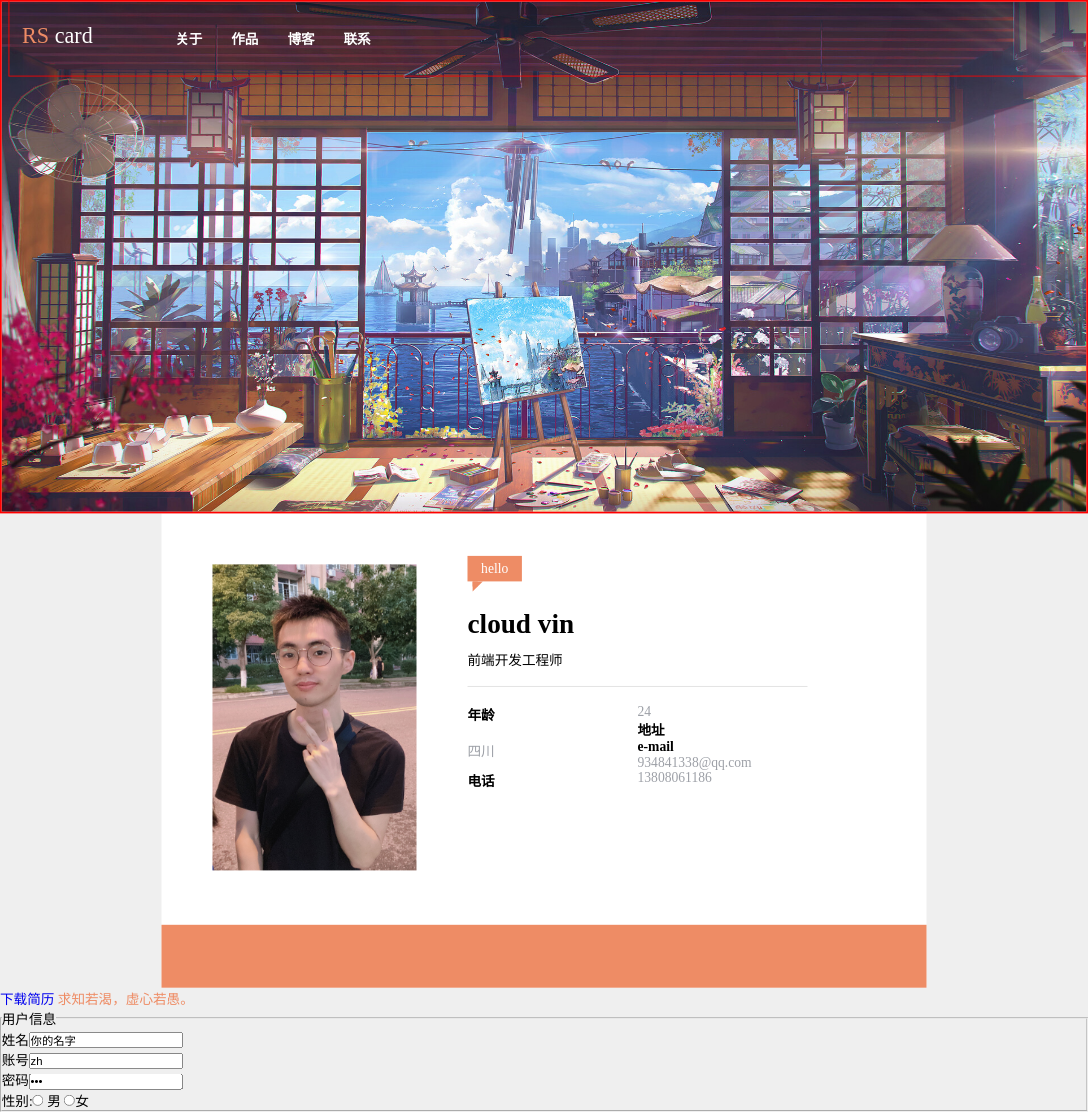
Repository: CloudVin/MyResume
Page: resume.html
An editor plug-in stored every save of this project. The page is shown before and after the next save, followed by the edit.
The browser window is 1280 px wide. The pictures show the whole page, at 85% of full size.

Above is the page before, as saved 2020-07-05 18:41:20.

### resume.html
<!DOCTYPE html>
<html lang="en">

<head>
    <meta charset="UTF-8">
    <meta name="viewport" content="width=device-width, initial-scale=1.0">
    <title>my resume</title>
    <link rel="stylesheet" href="./style/a.css">
    <script>
        function uncheck() {
            var radio = document.getElementById("nan");
            if (radio.tag == 1) {
                radio.checked = false;
                radio.tag = 0;
            } else {
                radio.checked = true;
                radio.tag = 1;
            }
        }
    </script>
    <script src="http://at.alicdn.com/t/font_1923572_6s8jjadjos.js"></script>
    <style type="text/css">
        .icon {
            width: 1em;
            height: 1em;
            vertical-align: -0.15em;
            fill: currentColor;
            overflow: hidden;
        }
    </style>
</head>

<body>
    <div class="topNavBar clearfix">

        <a class="logo" href="#" alt="logo" style="float:left;">
            <span class="rs">RS</span>
            <span class="card">card</span>
        </a>

            <nav style="float: left;">

                <ul class="clearfix">
                    <li><a href="#">关于</a>
                    </li>
                    <li><a href="#">作品</a>
                    </li>
                    <li><a href="#">博客</a>
                    </li>
                    <li><a href="#">联系</a>
                    </li>
                </ul>
            </nav>


    </div>
    <div class="banner">
        <div class="mask"></div>
    </div>
    <main>
        <div class="userCard">
            <div class="pictureAndText clearfix">
                <div class="picture">
                    <img class="avatar" src="./img/avatar.jpg" alt="头像">
                </div>
                <div class="text">
                    <div class="profile">
                        <span class="welcome">hello</span>
                        <div class="triangle"></div>
                        <h1>cloud vin</h1>
                        <p>前端开发工程师</p>
                        <hr />
                        <dl>
                            <dt>年龄</dt>
                            <dd>24</dd>
                            <dt>地址</dt>
                            <dd>四川</dd>
                            <dt>e-mail</dt>
                            <dd>934841338@qq.com</dd>
                            <dt>电话</dt>
                            <dd>13808061186</dd>
                        </dl>
                    </div>
                </div>
            </div>
            <footer class="media">
                <a href="#">
                    <svg class="icon" aria-hidden="true">
                        <use xlink:href="#icon-github"></use>
                    </svg>
                </a>
                <a href="#">
                    <svg class="icon" aria-hidden="true">
                        <use xlink:href="#icon-wechat"></use>
                    </svg>
                </a>
                <a href="#">
                    <svg class="icon" aria-hidden="true">
                        <use xlink:href="#icon-ego-blog"></use>
                    </svg>
                </a>
            </footer>
        </div>
        <a class="button" href="#">下载简历</a>
        <a class="test1" href="#">
            求知若渴，虚心若愚。
        </a>
    </main>
    <form>

        <fieldset>
            <legend>用户信息</legend>
            姓名<input type="text" value="你的名字"><br>
            账号<input value="zh"><br>
            密码<input type="password" value="pwd"><br>
            性别:<input type="radio" id="nan" name="radio1" value="male" onclick="uncheck()">
            <lable for="nan">男</lable>
            <input type="radio" id="nv" name="radio1" value="female" onclick="uncheck()"><label for="nv">女</label>
        </fieldset>
    </form>

</body>

</html>

### style/a.css
.clearfix::after{
    content: "";
    display: block;
    clear: both;
}
body{
    background-color: #efefef;
    margin: 0;

}
a{
    text-decoration: none;

}
*{
    margin: 0;
    padding: 0;
}
hr{
    height: 0;
    border: none;
    border-top:1px solid  #dedede;
}
.topNavBar  nav > ul{
    list-style: none;
    margin: 0;
    padding: 0;
}
.topNavBar  nav > ul > li{
    float: left;
    margin-left: 17px;
    margin-right: 17px;
}
.topNavBar  nav >ul >li >a{
    font-size : 16px;
    color: white;
    text-decoration: none;
    font-weight: bold;
    border-top: 3px solid transparent;
    border-bottom: 3px solid transparent;
    padding-top: 5px;
    padding-bottom: 5px;
    display: block;
}
.topNavBar  nav > ul>li>a:hover{
    border-bottom:3px solid #ee8c65;
}
.topNavBar{
    position:fixed;
    width: 100%;
    margin: 0px 10px;
    padding:24px 15px;
    z-index: 2;
    top: 0px;
    left: 0px;
    border:1px solid red;

}

.topNavBar .logo{

    font-family: "Cooper Black";
    font-size: 26px;
    margin-right: 80px;
    padding-top: 3px;
    padding-bottom: 4px;
}
.topNavBar .logo .rs{

    color: #ee8c65;
}
.topNavBar .logo .card{
    color: white;
}
.banner{
    height: 600px;
    background-image: url(../img/ms1.jpg) ;
    background-size:100% 100%;
    z-index: 1;
    position: relative;
    border: 2px solid red;
    margin: 0px;
}
/* .banner .mask{
    height: 600px;
    background-color: rgba(0,0,0,0.5);
} */
.userCard{

    max-width: 900px;

    margin-left: auto;
    margin-right: auto;
    background-color: #ffffff;
}
.avatar{
    height: 360px;
    width: 240px;
    padding: 10px;
}
.welcome{
    background-color: #ee8c65;
    color: white;
    display: inline-block;
    padding: 4px 16px;
    line-height: 22px;
    position: relative;
}
.triangle{
    border:6px solid #ee8c65;
    width: 0px;
    height: 0px;
    border-right-color: transparent;
    border-bottom-color: transparent;
    position: relative;
    left: 6px;
}
.userCard .picture{
    float: left;
}
.userCard .text{
    float: left;
    margin-left: 50px;
    width: 400px;
}
.userCard .pictureAndText{
    padding: 50px;
}
.userCard h1{
    margin-top: 20px;
    margin-bottom: 10px;
}
.userCard .text hr{
margin: 20px 0;
}
.userCard dl dt{
    float: left;
    width: 50%;
    font-weight:bold ;
}
.userCard dl dd{
    float: left;
    width: 50%;
    color: #9da0a7;
}


.userCard .media{
    background-color: #ee8c65;
    text-align: center;
}
.userCard svg{
    width: 30px;
    height: 30px;
    fill: white;
    margin: 10px 10px;
}
.userCard .media a{
    border: 1px solid transparent;
    display: inline-block;
    border-radius: 50%;
    margin: 10px 10px;
}
.userCard .media a:hover{
    background-color: #CF5D5F;
}


.test1{
    cursor: pointer;
    color: #ee8c65;
}
.test1:visited{
    color:pink;
}
.test1:hover{
    color: greenyellow;
    text-decoration: underline;
}

.test1:active{
    color: aqua;
}

After the next save:
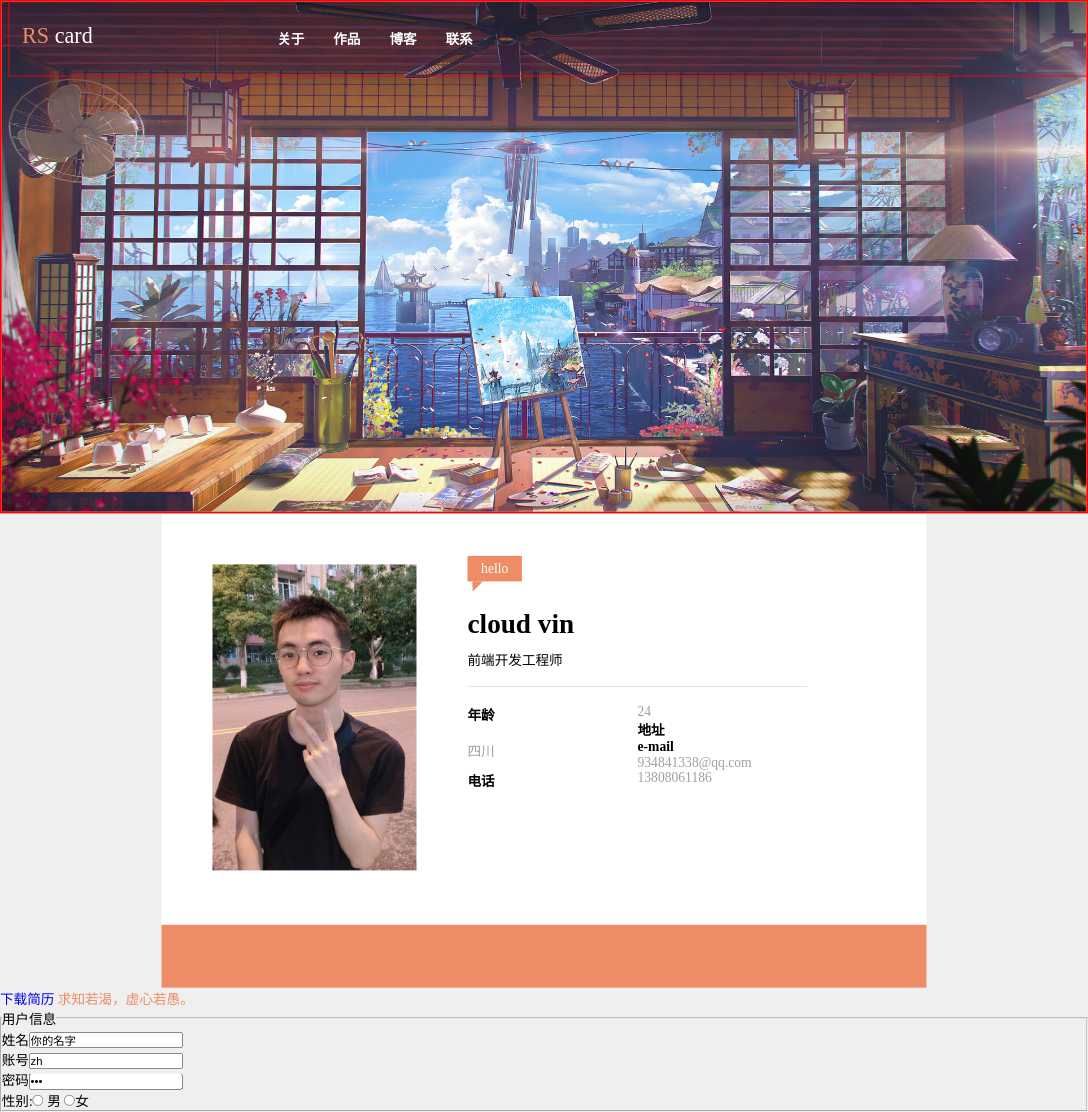
Saved 16 s later.
--- a/style/a.css
+++ b/style/a.css
@@ -61,7 +61,7 @@
 
     font-family: "Cooper Black";
     font-size: 26px;
-    margin-right: 80px;
+    margin-right: 200px;
     padding-top: 3px;
     padding-bottom: 4px;
 }
